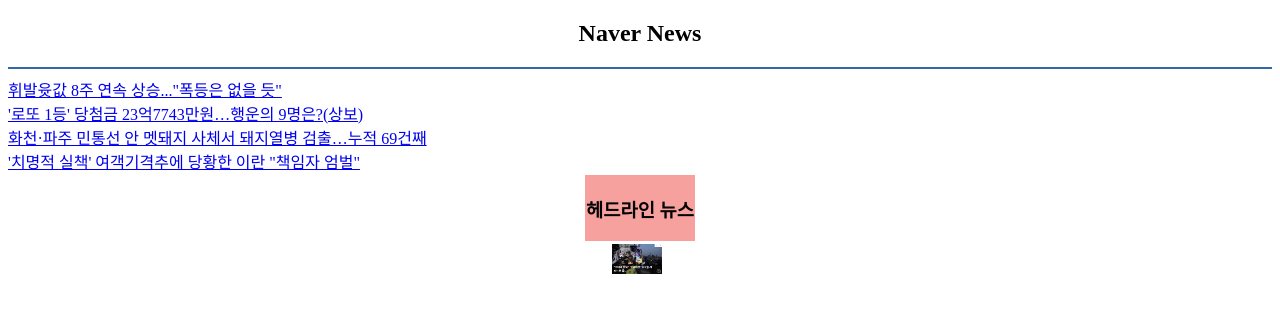
Repository: ujin2021/jsp_study
Page: jsp01/WebContent/naver.html
An editor plug-in stored every save of this project. The page is shown before and after the next save, followed by the edit.
The browser window is 1280 px wide. The pictures show the whole page.

Above is the page before, as saved 2020-01-11 16:22:28.

After the next save:
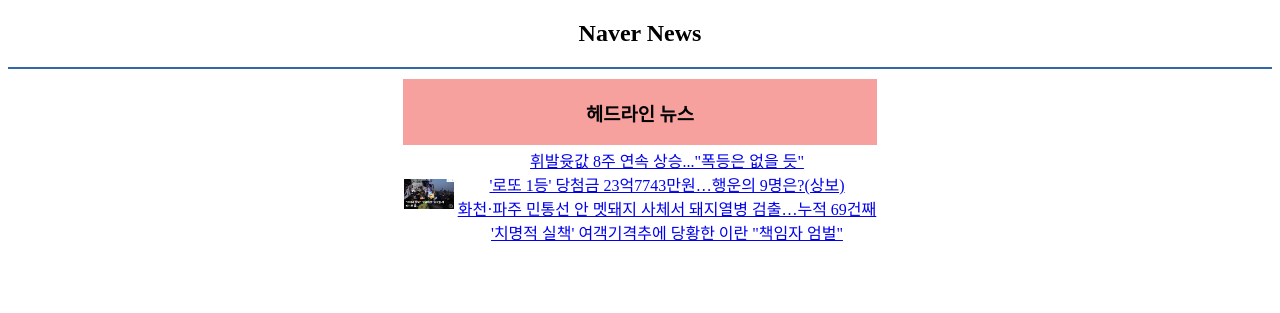
Saved 51 s later.
--- a/jsp01/WebContent/naver.html
+++ b/jsp01/WebContent/naver.html
@@ -22,6 +22,7 @@
 					<img alt="headline" src="img/navernews.PNG" width="50" height="30">
 				</a>
 			</td>
+			<td>
 				<a href="https://news.naver.com/main/read.nhn?mode=LSD&mid=shm&sid1=101&oid=052&aid=0001387265">
 					휘발윳값 8주 연속 상승..."폭등은 없을 듯"
 				</a><br>
@@ -34,8 +35,6 @@
 				<a href="https://news.naver.com/main/read.nhn?mode=LSD&mid=shm&sid1=104&oid=001&aid=0011329027">
 					'치명적 실책' 여객기격추에 당황한 이란 "책임자 엄벌"
 				</a><br>
-			<td>
-
 			</td>
 		</tr>
 	</table>
